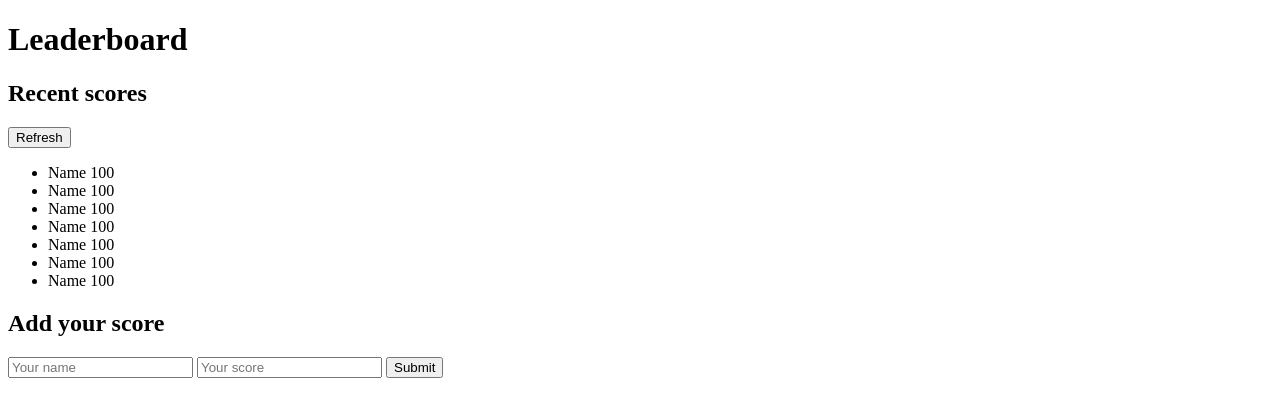
Repository: nevisende/leaderboard
Page: src/index.html
These files come from the project's save history. The page is drawn as it stood at one moment and after the next save; the edit follows.
The browser window is 1280 px wide. The pictures show the whole page.

Above is the page before, as saved 2021-12-15 16:13:58.

### src/index.html
<!DOCTYPE html>
<html lang="en">
<head>
    <meta charset="UTF-8">
    <meta name="viewport" content="width=device-width, initial-scale=1.0">
    <title>Leader Board</title>
</head>
<body>
    <main>
        <h1>Leaderboard</h1>
        <section>
            <div class="board-part">
                <div class="board-header">
                    <h2> Recent scores</h2>
                    <button type="button" id="refresh">Refresh</button>
                </div>
                <ul class="leaderboard">
                    <li><span class="name">Name</span> <span class="score">100</span> </li>
                    <li><span class="name">Name</span> <span class="score">100</span> </li>
                    <li><span class="name">Name</span> <span class="score">100</span> </li>
                    <li><span class="name">Name</span> <span class="score">100</span> </li>
                    <li><span class="name">Name</span> <span class="score">100</span> </li>
                    <li><span class="name">Name</span> <span class="score">100</span> </li>
                    <li><span class="name">Name</span> <span class="score">100</span> </li>
                </ul>
            </div>
            <div class="add-score">
                <h2>Add your score</h2>

                    <input placeholder="Your name" type="text" id="name">
                    <input placeholder="Your score" type="text" id="score">
                    <button type="submit" id="score-button">Submit</button>

            </div>
        </section>
    </main>
</body>
</html>

After the next save:
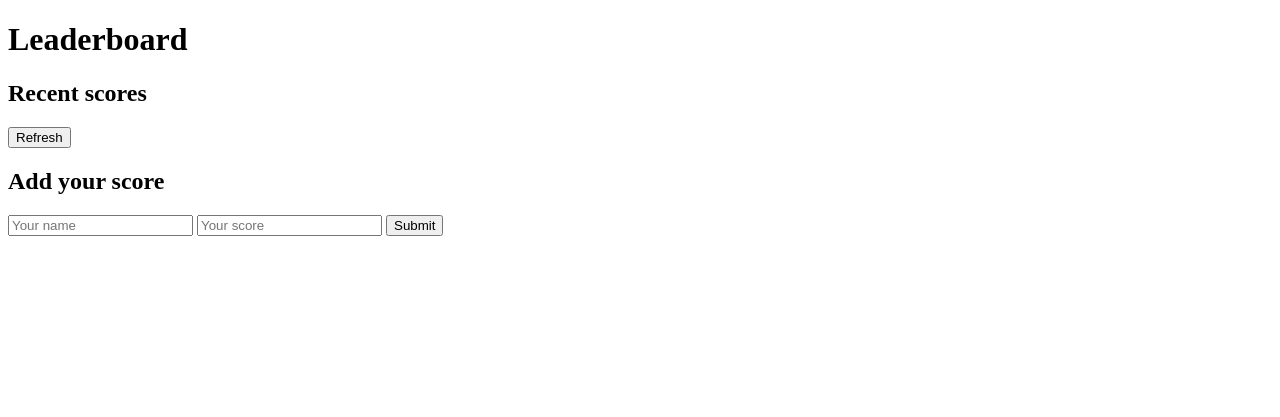
Saved 12 s later.
--- a/src/index.html
+++ b/src/index.html
@@ -15,13 +15,7 @@
                     <button type="button" id="refresh">Refresh</button>
                 </div>
                 <ul class="leaderboard">
-                    <li><span class="name">Name</span> <span class="score">100</span> </li>
-                    <li><span class="name">Name</span> <span class="score">100</span> </li>
-                    <li><span class="name">Name</span> <span class="score">100</span> </li>
-                    <li><span class="name">Name</span> <span class="score">100</span> </li>
-                    <li><span class="name">Name</span> <span class="score">100</span> </li>
-                    <li><span class="name">Name</span> <span class="score">100</span> </li>
-                    <li><span class="name">Name</span> <span class="score">100</span> </li>
+
                 </ul>
             </div>
             <div class="add-score">
